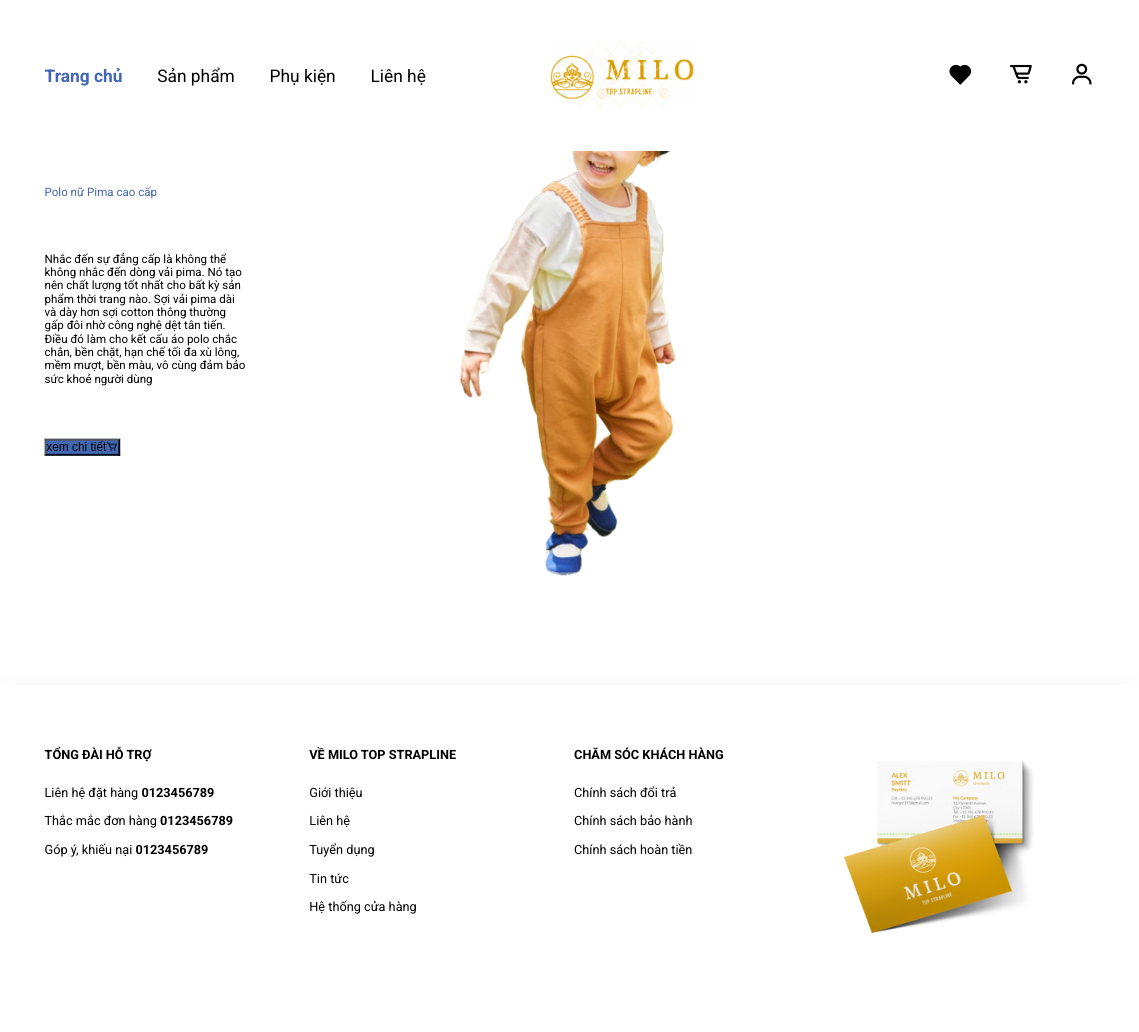
Repository: QuyHoang99k/shop
Page: /
The author's editor kept a copy of each file at every save. The page is drawn from the files as they stood at one save, then again after a run of saves.
The browser window is 1280 px wide. The pictures show the whole page, at 89% of full size.
The project was rebuilt for these pictures with package versions that can differ from the ones it lists, and the page was loaded fresh each time. Also part of the build but not shown: src/pages/Catalog.jsx, src/pages/Cart.jsx, src/pages/Product.jsx.

Above is the page before, as saved 2021-10-16 14:41:15.

### src/index.js
import React from 'react';
import ReactDOM from 'react-dom';
import reportWebVitals from './reportWebVitals';

import './assets/boxicons-2.0.7/css/boxicons.min.css'
import './sass/index.scss'


import Layout from './components/Layout'


ReactDOM.render(
  <React.StrictMode>
   <Layout/>
  </React.StrictMode>,
  document.getElementById('root')
);

// If you want to start measuring performance in your app, pass a function
// to log results (for example: reportWebVitals(console.log))
// or send to an analytics endpoint. Learn more: https://bit.ly/CRA-vitals
reportWebVitals();

### src/sass/index.scss
@import "./_variables.scss";
@import "./mixins";
@import "./_base.scss";

@import "./components/header";
@import "./components/footer";
@import "./components/hero-slider";

### src/components/Layout.jsx
import React from 'react'

import { BrowserRouter, Route } from 'react-router-dom'

import Header from './Header'
import Footer from './Footer'

import Routes from '../routes/Routes'

const Layout = () => {
    return (
        <BrowserRouter>
            <Route render={props => (
                <div>
                    <Header {...props}/>
                    <div className="container">
                        <div className="main">
                            <Routes/>
                        </div>
                    </div>
                    <Footer/>
                </div>
            )}/>
        </BrowserRouter>
    )
}

export default Layout

### src/sass/_variables.scss
$main-bg: #fff;
$main-color: #4267b2;

$txt-main-color: #000;
$txt-second-color:#8d8d8d;
$txt-white:#fff;

$btn-main-bg: $main-color;
$btn-main-color:#fff;

$header-height:170px;
$header-tablet-height:70px;
$header-mobile-height:40px;
$header-shrink-height:70px;

$box-shadow: rgba(149,157,165,0.2) 0px 8px 24px;

$colors:(
  "blue":#4267b2,
  "orange":#fbb96b,
  "pink":#fe7e73,
  "white":#fff,
  "black":#000,
  "main":$main-color

);
$mobile-width: 600px;
$tablet-width:1024px;

$numbers: (0,1,2,3,4,5,6,7,8);

### src/sass/_mixins.scss
@mixin flex ($align-item, $justify-content) {
    display: flex;
    align-items: $align-item;
    justify-content: $justify-content;
}
@mixin mobile {
    @media only screen and (max-width: $mobile-width){
        @content;
    }
}
@mixin tablet {
    @media only screen and (max-width: $tablet-width){
        @content;
    }
}

### src/sass/_base.scss
@import url("https://fonts.googleapis.com/css2?family=M+PLUS+Rounded+1c:wght@100;300;400;500;700;800;900&family=Roboto:ital,wght@0,100;0,300;0,400;0,500;0,700;0,900;1,100;1,300;1,400;1,500;1,700;1,900&display=swap");

@import url("https://fonts.googleapis.com/css2?family=M+PLUS+Rounded+1c:wght@100;300;400;500;700;800;900&family=Roboto:ital,wght@0,100;0,300;0,400;0,500;0,700;0,900;1,100;1,300;1,400;1,500;1,700;1,900&display=swap");

* {
    padding: 0;
    margin: 0;
    box-sizing: border-box;
    -webkit-tap-highlight-color: transparent;
    user-select: none;
}

html {
    font-size: 13px;
}

body {
    font-family: "Roboto", sans-serif;
}

ul {
    list-style-type: none;
}

a {
    text-decoration: none;
    color: unset;
}

a:hover {
    color: $main-color;
}

img {
    max-width: 100%;
}

@each $color, $val in $colors {
    .color-#{$color} {
        color: $val;
    }

    .bg-#{$color} {
        background-color: $val;
    }
}

@each $val in $numbers {
    .grid-col-#{$val} {
        grid-template-columns: repeat($val, 1fr);
    }
}

@each $val in $numbers {
    .grid-col-md-#{$val} {
        @include tablet {
            grid-template-columns: repeat($val, 1fr);
        }
    }
}

@each $val in $numbers {
    .grid-col-sm-#{$val} {
        @include mobile {
            grid-template-columns: repeat($val, 1fr);
        }
    }
}

.container {
    width: 100%;
    max-width: 1620px;
    padding: 0 50px;
    margin: auto;

    @include tablet {
        padding: 0 20px;
    }

    @include mobile {
        padding: 0 10px;
    }
}

.main {
    margin-top: $header-height;
    margin-bottom: 2rem;
    min-height: 100vh;

    @include tablet {
        margin-top: calc(#{$header-tablet-height} + 20px);
    }

    @include mobile {
        margin-top: calc(#{$header-mobile-height} + 10px);
    }
}

.grid {
    display: grid;
}

### src/sass/components/_header.scss
.header {
    background-color: $main-bg;
    position: fixed;
    top: 0;
    left: 0;
    width: 100%;
    z-index: 99;
    height: $header-height;
    transition: height 0.3s ease;

    @include tablet {
        height: $header-tablet-height;
        box-shadow: $box-shadow;
    }

    @include mobile {
        height: $header-mobile-height;
    }

    .container {
        height: 100%;
    }

    &.shrink {
        height: $header-shrink-height;
        box-shadow: $box-shadow;
        z-index: 100;

        @include mobile {
            height: $header-mobile-height;
        }
    }

    &__logo {
        @include flex(center, center);
        position: absolute;
        inset: 0;
        pointer-events: none;

        img {
            height: 75px;
            margin-left: 120px;
            @include tablet{
                height: 50px;
            };
            @include mobile{
                height: 38px;
            }

        }
    }

    &__menu {
        @include flex(center, space-between);
        height: 100%;
        font-size: 1.5rem;

        &__item ~ &__item {
            margin-left: 39px;

            @include tablet {
                margin-left: 20px;
            }

            @include mobile {
                margin-left: 10px;
            }
        }

        &__item.active {
            font-weight: 600;
            color: $main-color;
        }

        &__item:hover {
            color: $main-color;
        }

        &__left,
        &__right {
            @include flex(center, center);
            height: 100%;
        }

        &__right {
            font-size: 2.25rem;

            &__item {
                @include flex(center, center);

                @include tablet {
                    margin-left: 10px;
                }
            }

            @include mobile {
                font-size: 1.5rem;
            }
        }

        &__left {
            &__close {
                display: none;
            }

            @include tablet {
                flex-direction: column;
                background-color: $main-bg;
                position: absolute;
                left: 0;
                top: 0;
                width: 100%;
                height: 100vh;
                justify-content: flex-start;
                padding-top: 30px;
                transform: translateX(-100%);
                transition: transform 0.5s ease;

                &.active {
                    transform: translateX(0);
                }

                &__item ~ &__item {
                    margin-left: unset;
                    margin-top: 20px;
                }

                &__close {
                    display: block;
                    position: absolute;
                    left: 20px;
                    font-size: 2.5rem;
                }
            }
        }

        &__mobile-toggle {
            display: none;

            @include tablet {
                display: block;
                font-size: 2.5rem;
            }
        }
    }
}

### src/sass/components/_footer.scss
.footer{
    padding: 70px 0;
    box-shadow: $box-shadow;
    font-size: 1.1rem;
    &__logo{
        height: 220px;
        width: 220px;
    }

    &__about{
        p{
            margin-bottom: 2rem;
        }
    }
    &__title{
        text-transform: uppercase;
        margin-bottom: 2rem;
        font-weight: 600;
    }
    &__content {
        p {
            margin-bottom: 1.25rem;
        }
    }
}

### src/sass/components/_hero-slider.scss
.hero-slider {
    height: 100vh;
    max-height: 1080px;
    overflow: hidden;
    position: relative;
    margin-bottom: 50px;
    margin-top: calc(#{$header-height} * -1);
    @include tablet {
        margin-top: calc(#{$header-tablet-height} * -1);
    }
    @include mobile {
        margin-top: calc(#{$header-mobile-height} * -1);
    }
    &__item{
        @include flex(center,space-between);

        opacity: 0;
        visibility: hidden;
        pointer-events: none;
        position: absolute;
        inset: 0;
        &.active{
            opacity: 1;
            visibility: visible;
            pointer-events: visible;
        }
        &__info{
            width: 58.33%;
            &__title,
            &__description{
                margin-bottom: 60px;

                @include tablet{
                    margin-bottom: 15px;
                }
            }
        }
    }
}

### src/components/Header.jsx
import React, { useRef, useEffect } from 'react'
import { Link, useLocation } from 'react-router-dom'

import logo from '../assets/images/Logo-2.png'

const mainNav = [
    {
        display: "Trang chủ",
        path: "/"
    },
    {
        display: "Sản phẩm",
        path: "/catalog"
    },
    {
        display: "Phụ kiện",
        path: "/accessories"
    },
    {
        display: "Liên hệ",
        path: "/contact"
    }
]

const Header = () => {

    const { pathname } = useLocation()
    const activeNav = mainNav.findIndex(e => e.path === pathname)

    const headerRef = useRef(null)

    useEffect(() => {
        window.addEventListener("scroll", () => {
            if (document.body.scrollTop > 80 || document.documentElement.scrollTop > 80) {
                headerRef.current.classList.add('shrink')
            } else {
                headerRef.current.classList.remove('shrink')
            }
        })
        return () => {
            window.removeEventListener("scroll")
        };
    }, []);

    const menuLeft = useRef(null)

    const menuToggle = () => menuLeft.current.classList.toggle('active')

    return (
        <div className="header" ref={headerRef}>
            <div className="container">
                <div className="header__logo">
                    <Link to="/">
                        <img src={logo} alt="" />
                    </Link>
                </div>
                <div className="header__menu">
                    <div className="header__menu__mobile-toggle" onClick={menuToggle}>
                        <i className='bx bx-menu-alt-left'></i>
                    </div>
                    <div className="header__menu__left" ref={menuLeft}>
                        <div className="header__menu__left__close" onClick={menuToggle}>
                            <i className='bx bx-chevron-left'></i>
                        </div>
                        {
                            mainNav.map((item, index) => (
                                <div
                                    key={index}
                                    className={`header__menu__item header__menu__left__item ${index === activeNav ? 'active' : ''}`}
                                    onClick={menuToggle}
                                >
                                    <Link to={item.path}>
                                        <span>{item.display}</span>
                                    </Link>
                                </div>
                            ))
                        }
                    </div>
                    <div className="header__menu__right">
                        <div className="header__menu__item header__menu__right__item">
                        <i className='bx bxs-heart'></i>
                        </div>
                        <div className="header__menu__item header__menu__right__item">
                            <Link to="/cart">
                            <i class='bx bx-cart-alt'></i>
                            </Link>
                        </div>
                        <div className="header__menu__item header__menu__right__item">
                            <i className="bx bx-user"></i>
                        </div>
                    </div>
                </div>
            </div>
        </div>
    )
}

export default Header

### src/components/Footer.jsx
import React from 'react'

import { Link } from 'react-router-dom'

import Grid from './Grid'

import logo from '../assets/images/logo-footer.png'

const footerAboutLinks = [
    {
        display: "Giới thiệu",
        path: "/about"
    },
    {
        display: "Liên hệ",
        path: "/about"
    },
    {
        display: "Tuyển dụng",
        path: "/about"
    },
    {
        display: "Tin tức",
        path: "/about"
    },
    {
        display: "Hệ thống cửa hàng",
        path: "/about"
    }
]

const footerCustomerLinks = [
    {
        display: "Chính sách đổi trả",
        path: "/about"
    },
    {
        display: "Chính sách bảo hành",
        path: "/about"
    },
    {
        display: "Chính sách hoàn tiền",
        path: "/about"
    }
]
const Footer = () => {
    return (
        <footer className="footer">
            <div className="container">
                <Grid
                    col={4}
                    mdCol={2}
                    smCol={1}
                    gap={10}
                >
                    <div>
                        <div className="footer__title">
                            Tổng đài hỗ trợ
                        </div>
                        <div className="footer__content">
                            <p>
                                Liên hệ đặt hàng <strong>0123456789</strong>
                            </p>
                            <p>
                                Thắc mắc đơn hàng <strong>0123456789</strong>
                            </p>
                            <p>
                                Góp ý, khiếu nại <strong>0123456789</strong>
                            </p>
                        </div>
                    </div>
                    <div>
                        <div className="footer__title">
                            Về Milo Top strapline
                        </div>
                        <div className="footer__content">
                            {
                                footerAboutLinks.map((item, index) => (
                                    <p key={index}>
                                        <Link to={item.path}>
                                            {item.display}
                                        </Link>
                                    </p>
                                ))
                            }
                        </div>
                    </div>
                    <div>
                        <div className="footer__title">
                            Chăm sóc khách hàng
                        </div>
                        <div className="footer__content">
                            {
                                footerCustomerLinks.map((item, index) => (
                                    <p key={index}>
                                        <Link to={item.path}>
                                            {item.display}
                                        </Link>
                                    </p>
                                ))
                            }
                        </div>
                    </div>
                    <div className="footer__about">
                        <p>
                            <Link to="/">
                                <img src={logo} className="footer__logo" alt="" />
                            </Link>
                        </p>

                    </div>
                </Grid>
            </div>
        </footer>
    )
}

export default Footer

### src/routes/Routes.jsx
/* eslint-disable no-unused-vars */
import React from 'react'
import { Route,Switch } from 'react-router'

import Home from '../pages/Home'
import Catalog from '../pages/Catalog'
import Cart from '../pages/Cart'
import Product from '../pages/Product'



const Routes = () => {
  return (
    <Switch>
      <Route path='/' exact component ={Home}/>
      <Route path='/catalog/:slug' exact component ={Product}/>
      <Route path='/catalog' exact component ={Catalog}/>
      <Route path='/cart' exact component ={Cart}/>
    </Switch>
  )
}

export default Routes

### src/components/Grid.jsx
import React from 'react'
import PropTypes from 'prop-types'

const Grid = props => {

    const style = {
        gap: props.gap ? `${props.gap}px` : '0'
    }

    const col = props.col ? `grid-col-${props.col}` : ''
    const mdCol = props.mdCol ? `grid-col-md-${props.mdCol}` : ''
    const smCol = props.smCol ? `grid-col-sm-${props.smCol}` : ''

    return (
        <div className={`grid ${col} ${mdCol} ${smCol}`} style={style}>
            {props.children}
        </div>
    )
}


Grid.propTypes = {
    col: PropTypes.number.isRequired,
    mdCol: PropTypes.number,
    smCol: PropTypes.number,
    gap: PropTypes.number
}

export default Grid

### src/pages/Home.jsx
import React from 'react'
import Helmet from '../components/Helmet'
import HeroSlider from '../components/HeroSlider'
import heroSliderData from '../assets/fake-data/hero-slider'

const Home = () => {
  return (
    <Helmet title="Trang chủ">
      {/* slider */}
        <HeroSlider data={heroSliderData}/>
      {/* end slider */}
    </Helmet>
  )
}

export default Home

### src/components/Helmet.jsx
import React from 'react'
import PropTypes from 'prop-types'

const Helmet = props => {

    document.title = 'Milo - ' + props.title
    return (
        <div>
            {props.children}
        </div>
    )
}

Helmet.propTypes = {
    title:PropTypes.string.isRequired
}

export default Helmet

### src/components/HeroSlider.jsx
import React, { useEffect, useState, useCallback } from 'react'
import PropTypes from 'prop-types'
import { Link } from 'react-router-dom'

import Button from './Button'

const HeroSlider = props => {

    const data = props.data

    const timeOut = props.timeOut ? props.timeOut : 3000

    const [activeSlide, setActiveSlide] = useState(0);

    const nextSlide = useCallback(
        () => {
            const index = activeSlide + 1 === data.length ? 0 : activeSlide + 1
            setActiveSlide(index)
        },
        [activeSlide, data],
    )

    const prevSlide = () => {
        const index = activeSlide - 1 < 0 ? data.length - 1 : activeSlide - 1
        setActiveSlide(index)
    }

    useEffect(() => {
        if (props.auto) {
            const slideAuto = setInterval(() => {
                nextSlide()
            }, timeOut);
            return () => {
                clearInterval(slideAuto)
            }
        }
    }, [nextSlide, timeOut, props])

    return (
        <div className="hero-slider">
            {
                data.map((item, index) => (
                    <HeroSliderItem key={index} item={item} active={index === activeSlide}/>
                ))
            }
            {
                props.control ? (
                    <div className="hero-slider__control">
                        <div className="hero-slider__control__item" onClick={prevSlide}>
                            <i className="bx bx-chevron-left"></i>
                        </div>
                        <div className="hero-slider__control__item">
                            <div className="index">
                                {activeSlide + 1}/{data.length}
                            </div>
                        </div>
                        <div className="hero-slider__control__item" onClick={nextSlide}>
                            <i className="bx bx-chevron-right"></i>
                        </div>
                    </div>
                ) : null
            }
        </div>
    )
}

HeroSlider.propTypes = {
    data: PropTypes.array.isRequired,
    control: PropTypes.bool,
    auto: PropTypes.bool,
    timeOut: PropTypes.number
}

const HeroSliderItem = props => (
    <div className={`hero-slider__item ${props.active ? 'active' : ''}`}>
        <div className="hero-slider__item__info">
            <div className={`hero-slider__item__info__title color-${props.item.color}`}>
                <span>{props.item.title}</span>
            </div>
            <div className="hero-slider__item__info__description">
                <span>{props.item.description}</span>
            </div>
            <div className="hero-slider__item__info__btn">
                <Link to={props.item.path}>
                    <Button
                        backgroundColor={props.item.color}
                        icon="bx bx-cart"
                        animate={true}
                    >
                        xem chi tiết
                    </Button>
                </Link>
            </div>
        </div>
        <div className="hero-slider__item__image">
            <div className={`shape bg-${props.item.color}`}></div>
            <img src={props.item.img} alt="" />
        </div>
    </div>
)

export default HeroSlider

### src/components/Button.jsx
import React from 'react'
import PropTypes from 'prop-types'

const Button = props => {

    const bg = props.backgroundColor ? 'bg-' + props.backgroundColor : 'bg-main'

    const size = props.size ? 'btn-' + props.size : ''

    const animate = props.animate ? 'btn-animate' : ''

    return (
        <button
            className={`btn ${bg} ${size} ${animate}`}
            onClick={props.onClick ? () => props.onClick() : null}
        >
            <span className="btn__txt">{props.children}</span>
            {
                props.icon ? (
                    <span className="btn__icon">
                        <i className={`${props.icon} bx-tada`}></i>
                    </span>
                ) : null
            }
        </button>
    )
}

Button.propTypes = {
    backgroundColor: PropTypes.string,
    size: PropTypes.string,
    icon: PropTypes.string,
    animate: PropTypes.bool,
    onclick: PropTypes.func
}

export default Button

Loaded but not shown: public/index.html (common file); src/reportWebVitals.js (common file); src/assets/boxicons-2.0.7/css/boxicons.min.css (library); src/assets/fake-data/hero-slider.js (29 lines, source omitted)

After the next 2 saves:
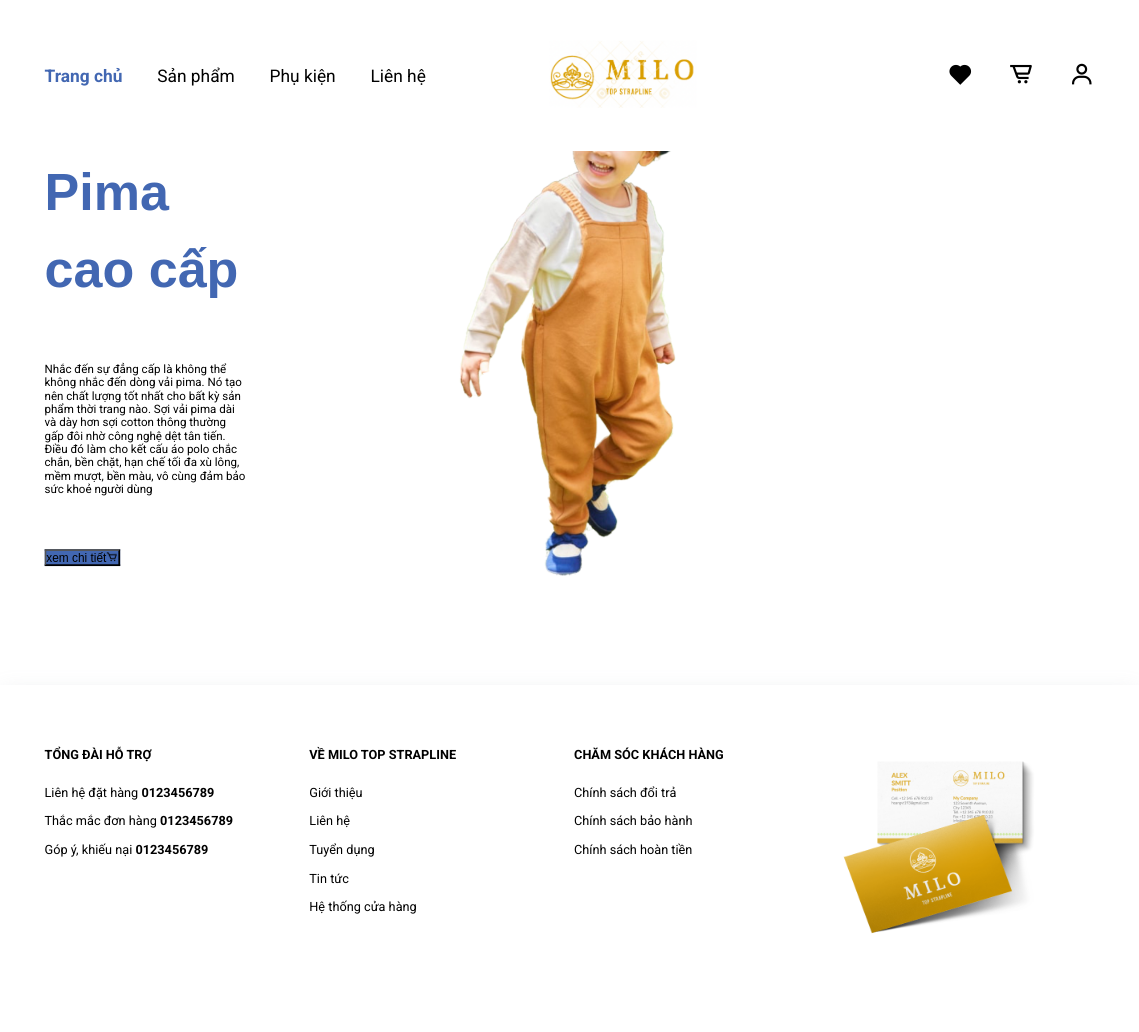
The 2 saves are shown as one change because 1 did not build or start.
The last was saved 61 s later.
--- a/src/sass/components/_hero-slider.scss
+++ b/src/sass/components/_hero-slider.scss
@@ -34,6 +34,13 @@
                     margin-bottom: 15px;
                 }
             }
+            &__title{
+                font-family: " M PLUS Rounded 1c",sans-serif;
+                font-weight: 600;
+                font-size: 4.5rem;
+                line-height: 6.75rem;
+                overflow: hidden;
+            }
         }
     }
 }
